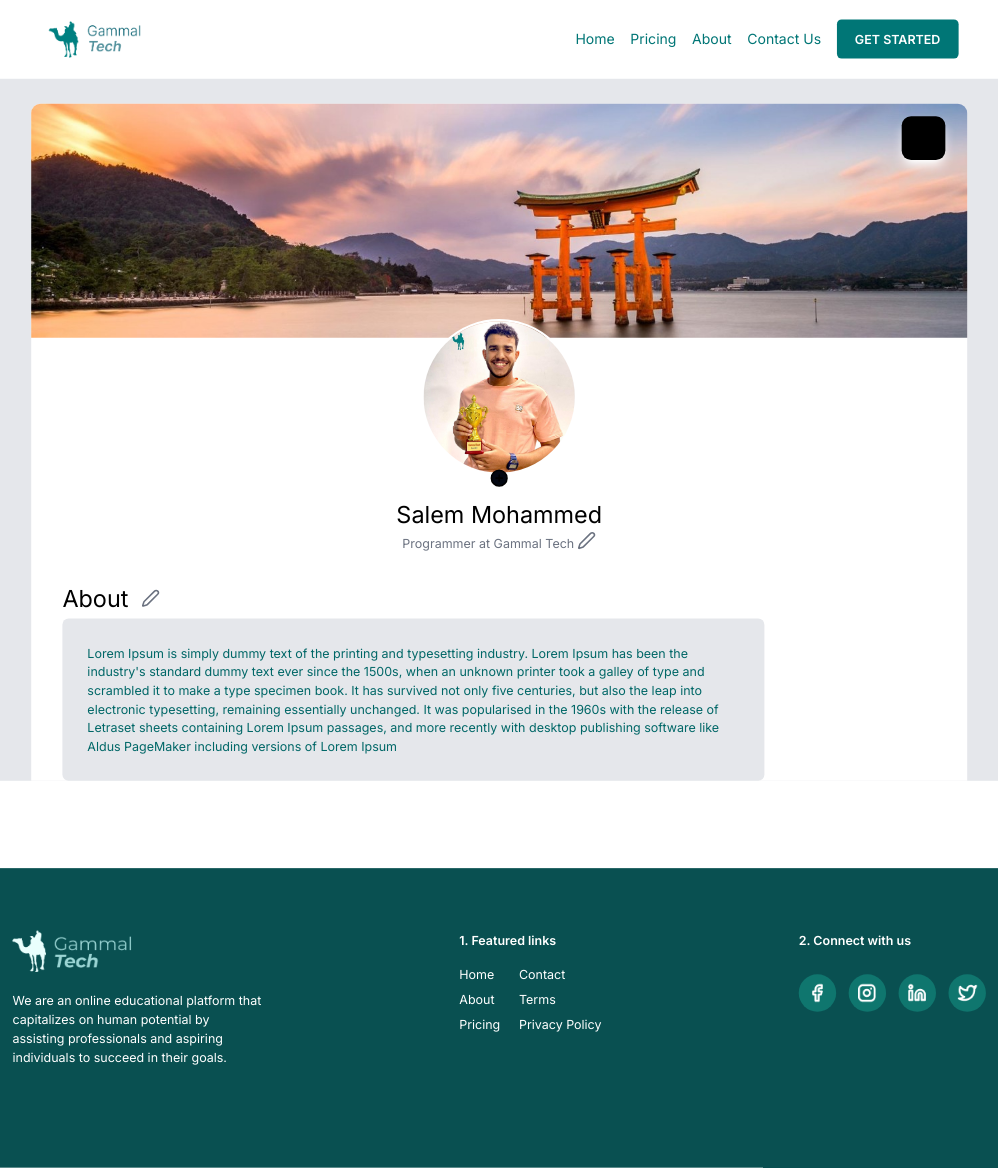
Repository: Ahmed77669/Internship-test
Page: /profile
These files come from the project's save history. The page is drawn as it stood at one moment and after the next save; the edit follows.
The browser window is 1280 px wide. The pictures show the whole page, at 78% of full size.
The page's requests for data from a server got no answer. The project was rebuilt for these pictures with package versions that can differ from the ones it lists, and the page was loaded fresh each time. The framework's server and built-in components were replaced by stand-ins that run in the browser. No one was signed in, and anything a server would have sent is missing. Also part of the build but not shown: next.config.mjs, components/Header/NavBarAuth.tsx.

Above is the page before, as saved 2024-10-25 14:29:18.

### app/layout.tsx
import type { Metadata } from "next";
import localFont from "next/font/local";
import "@/app/styles/globals.css";
import NavBarHome from "@/components/Header/Navbar";
import NavBarAuth from "@/components/Header/NavBarAuth";
import { Inter } from "next/font/google";
import Footer from "@/components/Footer/Footer";
import { cookies } from "next/headers";

const inter = Inter({
  subsets: ["latin"],
});
const geistSans = localFont({
  src: "./fonts/GeistVF.woff",
  variable: "--font-geist-sans",
  weight: "100 900",
});
const geistMono = localFont({
  src: "./fonts/GeistMonoVF.woff",
  variable: "--font-geist-mono",
  weight: "100 900",
});

export const metadata: Metadata = {
  title: "Gammal Tech Exam",
  description: "Generated by create next app",
};

export default function RootLayout({
  children,
}: Readonly<{
  children: React.ReactNode;
}>) {
  const cookieStore = cookies();
  const isAuthenticated = cookieStore.get("isAuthenticated")?.value === "true";
  return (
    <html lang="en">
      <body
        className={`${geistSans.variable} ${geistMono.variable} antialiased ${inter.className}`}
      >
        {isAuthenticated ? <NavBarAuth /> : <NavBarHome />}
        {children}
        <Footer />
      </body>
    </html>
  );
}

### app/profile/page.tsx
import React from 'react'
import Profile from '@/components/Profile/Profile'
const profile = () => {
  return (
    <Profile />
  )
}

export default profile

### app/styles/globals.css
@tailwind base;
@tailwind components;
@tailwind utilities;

:root {
  --background: #ffffff;
  /* --foreground: #171717; */
}

@media (prefers-color-scheme: dark) {
  :root {
    /* --background: #0a0a0a; */
    --foreground: #ededed;
  }
}

body {
  color: var(--foreground);
  background: var(--background);
  font-family: Arial, Helvetica, sans-serif;
}

@layer utilities {
  .text-balance {
    text-wrap: balance;
  }
}

### components/Header/Navbar.tsx
"use client";
import React, { useEffect, useState } from "react";
import GT_logo from "@/public/gammalTech-logos/Component 6.png";
import Link from "next/link";
import Image from "next/image";
import { Menu } from "lucide-react";
import { X } from "lucide-react";

export default function NavBarHome() {
  const [isOpen, setIsOpen] = useState(false);

  const toggleMenu = () => {
    setIsOpen((prev) => !prev);
  };

  useEffect(() => {
    const handleResize = () => {
      if (window.innerWidth > 1024) {
        setIsOpen(false);
      }
    };

    window.addEventListener("resize", handleResize);
    return () => {
      window.removeEventListener("resize", handleResize);
    };
  }, []);

  return (
    <div className={`py-5 container mx-auto w-[92%]`}>
      <nav className="relative">
        <ul className="flex justify-between items-center">
          <li className="min-w-[152px]">
            <Link href="/">
              <Image
                src={GT_logo}
                alt="Gammal Tech Logo"
                width={130}
                className="cursor-pointer"
              />
            </Link>
          </li>
          <div className="hidden md:flex space-x-5">
            <Link
              href="/"
              className="text-[#007676] text-[18px] font-normal flex items-center"
            >
              Home
            </Link>
            <Link
              href="/pricing"
              className="text-[#007676] text-[18px] font-normal flex items-center"
            >
              Pricing
            </Link>
            <Link
              href="https://www.gammal.tech/"
              className="text-[#007676] text-[18px] font-normal flex items-center"
            >
              About
            </Link>
            <Link
              href="#"
              className="text-[#007676] text-[18px] font-normal flex items-center"
            >
              Contact Us
            </Link>
            <Link href="/signup">
              <button className="bg-[#007676] text-white rounded-md w-[156px] h-[50px] text-[16px] font-semibold  py-1 px-3 transition-all duration-300 ease-in-out hover:bg-[#005555] hover:shadow-lg">
                GET STARTED
              </button>
            </Link>
          </div>
          <div className="md:hidden flex items-center">
            <button
              onClick={toggleMenu}
              className="text-[#007676] focus:outline-none"
            >
              {isOpen ? (
                <X size={40} color="#007676" strokeWidth={2} />
              ) : (
                <Menu size={40} color="#007676" strokeWidth={2} />
              )}
            </button>
          </div>
        </ul>

        {isOpen && (
          <div className="absolute right-0 mt-2 w-full bg-white shadow-lg rounded-lg z-20 transition-transform transform origin-top-right scale-100">
            <div className="flex flex-col items-center justify-center mx-auto p-4">
              <Link
                href="/"
                className="text-[#007676] text-lg font-semibold hover:bg-[#f0f0f0] transition duration-200 p-3 rounded-lg text-center w-full"
                onClick={() => setIsOpen(false)}
              >
                Home
              </Link>
              <Link
                href="/pricing"
                className="text-[#007676] text-lg font-semibold hover:bg-[#f0f0f0] transition duration-200 p-3 rounded-lg text-center w-full"
                onClick={() => setIsOpen(false)}
              >
                Pricing
              </Link>
              <Link
                href="/about"
                className="text-[#007676] text-lg font-semibold hover:bg-[#f0f0f0] transition duration-200 p-3 rounded-lg text-center w-full"
                onClick={() => setIsOpen(false)}
              >
                About Us
              </Link>

              <button
                className="mt-4 bg-[#007676] text-white text-lg font-semibold py-2 px-6 rounded-lg hover:bg-[#005c5c] transition duration-200"
                onClick={() => setIsOpen(false)}
              >
                GET STARTED
              </button>
            </div>
          </div>
        )}
      </nav>
    </div>
  );
}

### components/Footer/Footer.tsx
import React from "react";
import Image from "next/image";
import footerLogo from "@/public/gammalTech-logos/footer-logo.png";
import Link from "next/link";
import linkdin from "@/public/socialmediaIcons/linkdin.png";
import facebook from "@/public/socialmediaIcons/Facebook.png";
import instagram from "@/public/socialmediaIcons/Instagram.png";
import twitter from "@/public/socialmediaIcons/Twitter.png";

const Footer = () => {
  return (
    <section className="bg-[#095051] py-20 min-h-96 h-auto">
      <div className="container mx-auto px-4 ">
        <div className="flex justify-between flex-wrap ">
          <div className="mb-10">
            <div className="mb-6">
              <Image src={footerLogo} alt="Gammal Tech Logo" width={152} />
            </div>
            <div className="text-white w-80">
              We are an online educational platform that capitalizes on human
              potential by assisting professionals and aspiring individuals to
              succeed in their goals.
            </div>
          </div>

          <div className="text-white flex flex-col mb-10">
  <p className="font-semibold mb-5">1. Featured links</p>
  <div className="flex justify-between">
    {/* First column of links */}
    <div className="flex flex-col space-y-2 mr-6">
      <Link href="/">Home</Link>
      <Link href="https://www.gammal.tech/">About</Link>
      <Link href="/pricing">Pricing</Link>
    </div>

    {/* Second column of links */}
    <div className="flex flex-col space-y-2">
      <Link href="#">Contact</Link>
      <Link href="#">Terms</Link>
      <Link href="#">Privacy Policy</Link>
    </div>
  </div>
</div>


          <div>
            <p className="text-white font-semibold mb-8">2. Connect with us</p>
            <div className="flex space-x-4">
              <Link
                href="https://www.facebook.com/gammal.tech/?locale=ar_AR"
                passHref
                target="_blank"
              >
                <div className="w-12 h-12 bg-teal-700 rounded-full flex items-center justify-center cursor-pointer">
                  <Image src={facebook} alt="Facebook Logo" />
                </div>
              </Link>
              <Link
                href="https://www.instagram.com/gammal.tech/?hl=ar"
                passHref
                target="_blank"
              >
                <div className="w-12 h-12 bg-teal-700 rounded-full flex items-center justify-center cursor-pointer">
                  <Image src={instagram} alt="Instagram Logo" />
                </div>
              </Link>
              <Link
                href="https://www.linkedin.com/company/gammal-tech/"
                passHref
                target="_blank"
              >
                <div className="w-12 h-12 bg-teal-700 rounded-full flex items-center justify-center cursor-pointer">
                  <Image src={linkdin} alt="LinkedIn Logo" />
                </div>
              </Link>
              <Link
                href="https://x.com/gammaltech?lang=ar"
                passHref
                target="_blank"
              >
                <div className="w-12 h-12 bg-teal-700 rounded-full flex items-center justify-center cursor-pointer">
                  <Image src={twitter} alt="Twitter Logo" />
                </div>
              </Link>
            </div>
          </div>
        </div>
      </div>
    </section>
  );
};

export default Footer;

### components/Profile/Profile.tsx
import React from "react";
import Image from "next/image";
import selectedImage from "@/public/coders photos/coder2.jpg";
import popoo from "@/public/popoo.jpg"
import { Pen , PlusCircle} from "lucide-react";

const Profile = () => {
  return (
    <section className="bg-gray-200 mb-28 ">
      <div className="flex justify-center container mx-auto">
        <div className="w-[1200px]  bg-white rounded-t-xl mt-8">
        <div className="w-full h-[300px] mb-5 rounded-t-xl" style={{
  backgroundImage: "url('/popoo.jpg')",
  backgroundSize: "cover",
  backgroundPosition: "center",
  backgroundRepeat: "no-repeat",
}}></div>
<div className="bg-black w-14 h-14 shadow-white shadow-lg items-center flex justify-center rounded-xl relative inset-x-[93%] -inset-y-[35%]">
  <Pen />
</div>

<div className="flex flex-col items-center -mt-[100px] mb-10">
  <Image
    src={selectedImage}
    alt="Profile Avatar"
    width={200}
    height={200}
    style={{
      width: "200px",
      height: "200px",
      borderRadius: "300px",
      objectFit: "cover",
      border: "3px white solid"
    }}
  />
<PlusCircle className="relative -inset-y-2 fill-gray-950"/>
  <p className="text-black text-3xl mt-2">Salem Mohammed</p>
  <div className="flex">
  <p className="text-gray-500 text-[16px] mt-2 mr-1">Programmer at Gammal Tech</p>
    <Pen className="text-lg mt-1 text-gray-500" />
  </div>
</div>
<div className="flex">
<div className="text-black text-3xl ml-10 mr-4 mb-2">
  About
</div>
<Pen className="text-lg mt-[6px]  text-gray-500 " />
</div>
<div className="bg-gray-200 p-8 rounded-lg w-3/4 ml-10">
  <p className="text-[#006767]">
Lorem Ipsum is simply dummy text of the printing and typesetting industry. Lorem Ipsum has been the industry's standard dummy text ever since the 1500s, when an unknown printer took a galley of type and scrambled it to make a type specimen book. It has survived not only five centuries, but also the leap into electronic typesetting, remaining essentially unchanged. It was popularised in the 1960s with the release of Letraset sheets containing Lorem Ipsum passages, and more recently with desktop publishing software like Aldus PageMaker including versions of Lorem Ipsum
</p>
</div>

        </div>
      </div>
    </section>
  );
};

export default Profile;

### tailwind.config.js
/** @type {import('tailwindcss').Config} */
module.exports = {
  content: [
    './components/**/*.{js,ts,jsx,tsx}',
    './app/**/*.{js,ts,jsx,tsx}',
    './middleware.ts'
  ],
  theme: {
    extend: {},
  },
  plugins: [],
}

After the next save:
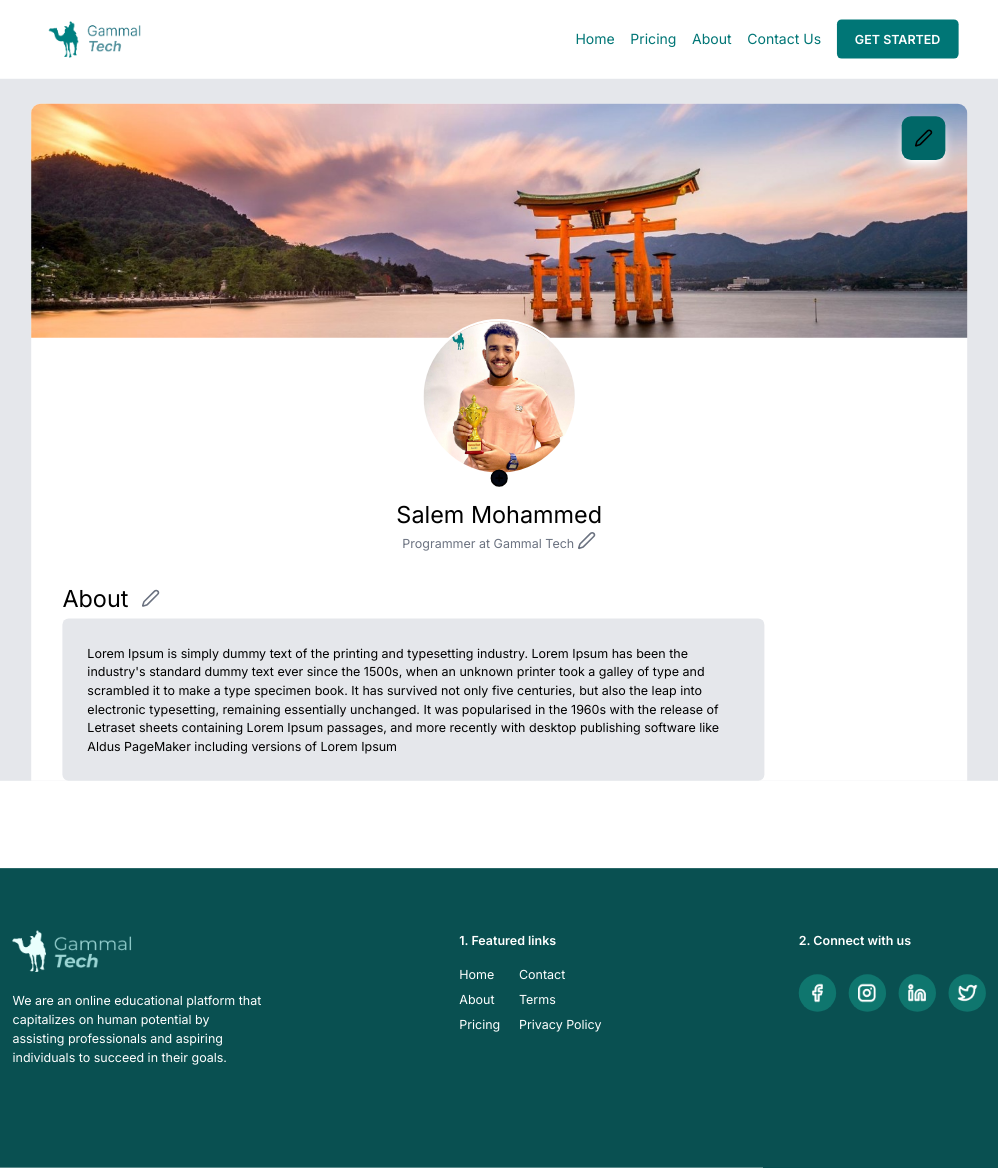
Saved 33 s later.
--- a/components/Profile/Profile.tsx
+++ b/components/Profile/Profile.tsx
@@ -15,7 +15,7 @@ const Profile = () => {
   backgroundPosition: "center",
   backgroundRepeat: "no-repeat",
 }}></div>
-<div className="bg-black w-14 h-14 shadow-white shadow-lg items-center flex justify-center rounded-xl relative inset-x-[93%] -inset-y-[35%]">
+<div className="bg-[#006767] w-14 h-14 shadow-white shadow-lg items-center flex justify-center rounded-xl relative inset-x-[93%] -inset-y-[35%]">
   <Pen />
 </div>
 
@@ -47,7 +47,7 @@ const Profile = () => {
 <Pen className="text-lg mt-[6px]  text-gray-500 " />
 </div>
 <div className="bg-gray-200 p-8 rounded-lg w-3/4 ml-10">
-  <p className="text-[#006767]">
+  <p className="text-black">
 Lorem Ipsum is simply dummy text of the printing and typesetting industry. Lorem Ipsum has been the industry's standard dummy text ever since the 1500s, when an unknown printer took a galley of type and scrambled it to make a type specimen book. It has survived not only five centuries, but also the leap into electronic typesetting, remaining essentially unchanged. It was popularised in the 1960s with the release of Letraset sheets containing Lorem Ipsum passages, and more recently with desktop publishing software like Aldus PageMaker including versions of Lorem Ipsum
 </p>
 </div>
